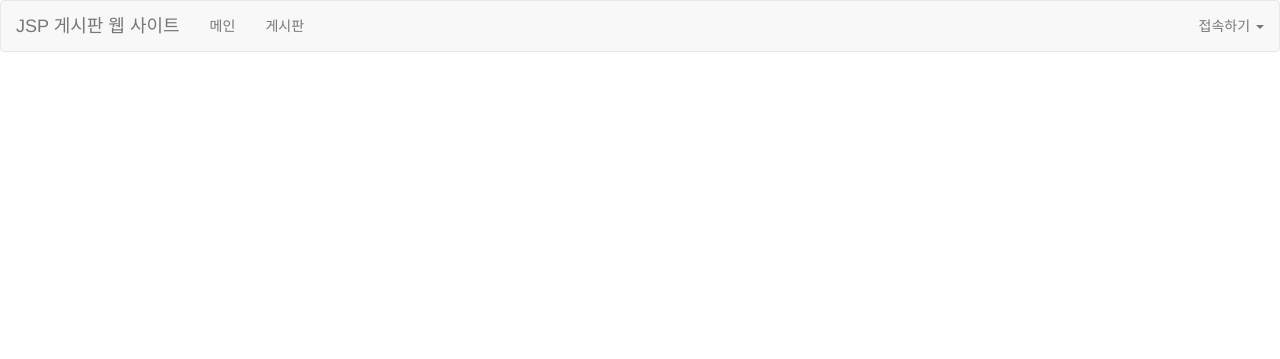
Repository: jmh0434/JSP_BBS
Page: http://localhost/BBS/main.jsp
An editor plug-in stored every save of this project. The page is shown before and after the next save, followed by the edit.
The browser window is 1280 px wide. The pictures show the whole page.
Some web libraries are served in a nearby version. The page is served by Tomcat 9. Other server files are loaded and not shown.

Above is the page before, as saved 2021-03-09 13:32:14.

### projects/BBS/WebContent/main.jsp
<%@ page language="java" contentType="text/html; charset=UTF-8"
    pageEncoding="UTF-8"%>
<!DOCTYPE html>
<html>
<head>
<meta http-equiv="Content_Type" content ="text/html; charset="UTF-8">
<meta name = "viewport" content = "width=device-width", initial-scale = "1">
<link rel = "stylesheet" href = "css/bootstrap.css">
<title>JSP 게시판 웹사이트</title>
</head>
<body>
	<nav class="navbar navbar-default">
		<div class = "navbar-header">
			<button type = "button" class = "navbar-toggle collapsed"
				data-toggle = "copplapse" data-target = "#bs-example-navbar-collapse-1"
				aria-expanded = "false">
				<span class = "icon-bar"></span>
				<span class = "icon-bar"></span>
				<span class = "icon-bar"></span>
			</button>
			<a class = "navbar-brand" href = "main.jsp">JSP 게시판 웹 사이트</a>
		</div>
		<div class = "collapse navbar-collapse" id = "bs-example-navbar-collapse-1">
			<ul class = "nav navbar-nav">
				<li><a href="main.jsp">메인</a></li>
				<li><a href="bbs.jsp">게시판</a></li>
			</ul>
			<ul class="nav navbar-nav navbar-right">
				<li class="dropdown">
					<a href = "#" class = "dropdown-toggle"
						data-toggle="dropdown" role="button" aria-haspopup="true"
						aria-expanded="false">접속하기 <span class="caret"></span></a>
					<ul class="dropdown-menu">
						<li class="active"><a href = "login.jsp">로그인</a></li>
						<li><a href="join.jsp">회원가입</a>
					</ul>
				</li>
			</ul>
		</div>
	</nav>
	<script src="https://ajax.googleapis.com/ajax/libs/jquery/3.2.1/jquery.min.js"></script>
	<script src = "js/bootstrap.js"></script>
</body>
</html>

Loaded but not shown: projects/BBS/WebContent/css/bootstrap.css (library); projects/BBS/WebContent/js/bootstrap.js (library)

After the next save:
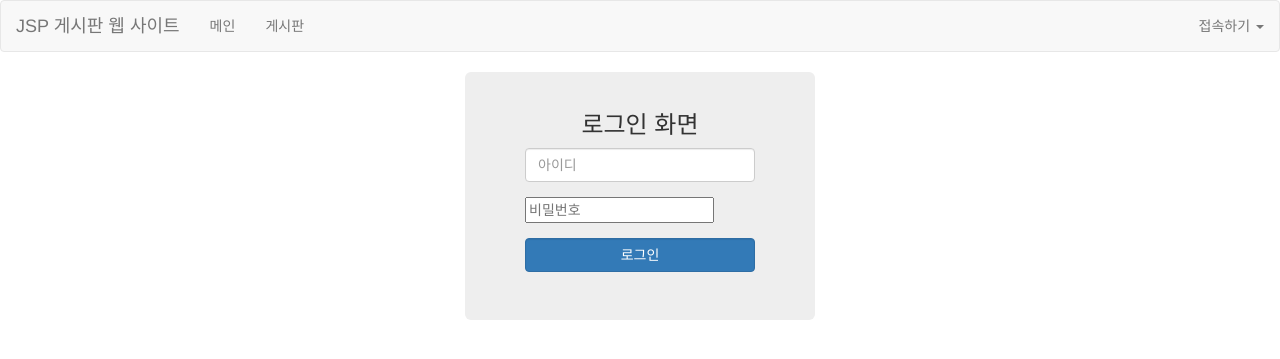
Saved 7 min 59 s later.
--- a/projects/BBS/WebContent/main.jsp
+++ b/projects/BBS/WebContent/main.jsp
@@ -38,6 +38,24 @@
 			</ul>
 		</div>
 	</nav>
+	<div class = "container">
+		<div class="col-lg-4"></div>
+		<div class="col-lg-4">
+			<div class="jumbotron" style="padding-top: 20px;">
+				<form method="post" action="loginAction.jsp">
+					<h3 style="text-align: center;">로그인 화면</h3>
+					<div class="form-group">
+						<input type="text" class="form-control" placeholder="아이디" name="userID" maxlength="20">
+					</div>
+					<div class="form-group">
+						<input type="password" class="Form-control" placeholder="비밀번호" name="userPassword" maxlength="20">
+					</div>
+					<input type="submit" class="btn btn-primary form-control" value="로그인">
+					</form>
+				</div>
+			</div>
+		</div>
+		<div class="col-lg-4"></div>
 	<script src="https://ajax.googleapis.com/ajax/libs/jquery/3.2.1/jquery.min.js"></script>
 	<script src = "js/bootstrap.js"></script>
 </body>
